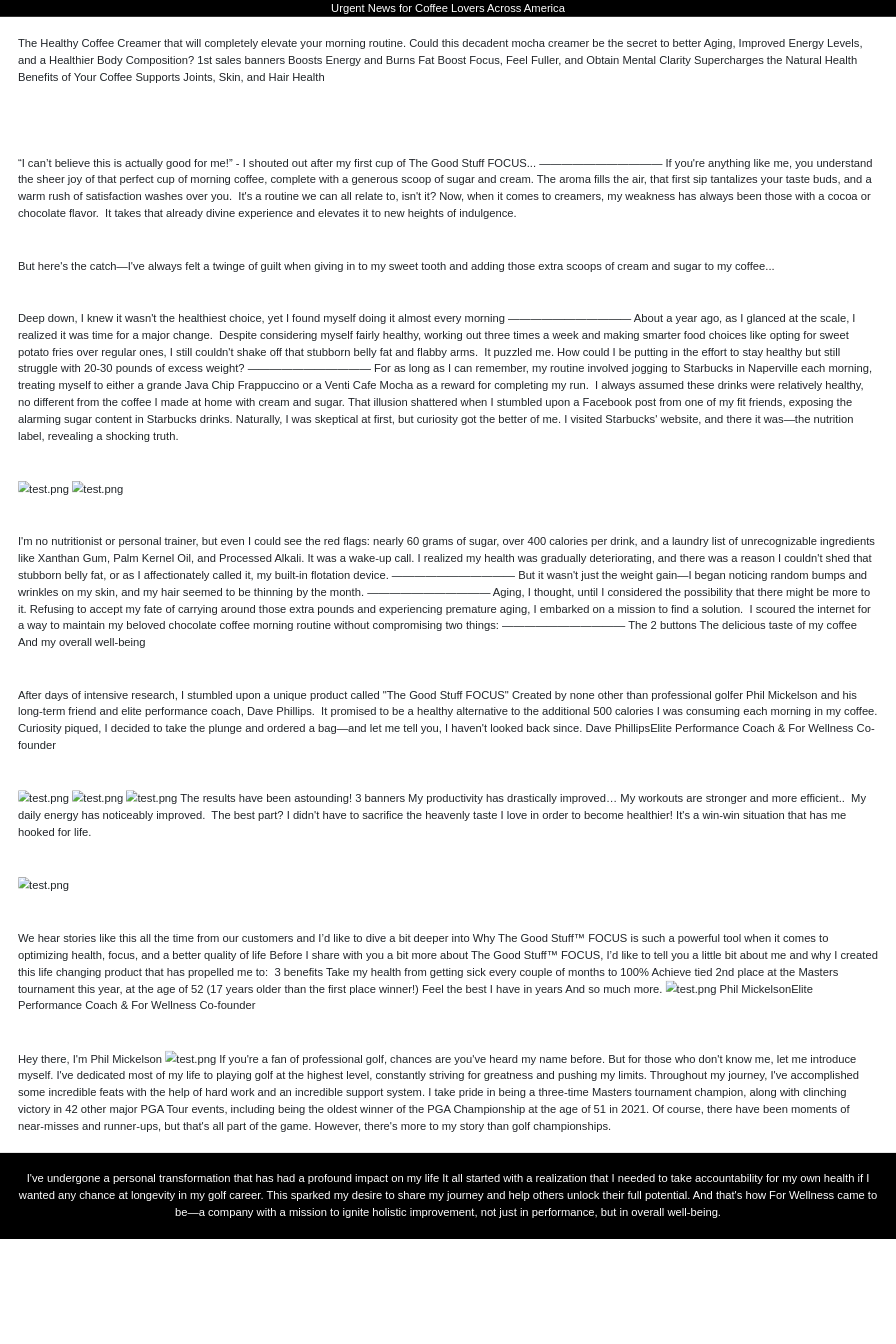
Repository: dariusprince90/wellness-landing
Page: index.html
The author's editor kept a copy of each file at every save. The page is drawn from the files as they stood at one save, then again after a run of saves.
The browser window is 1280 px wide. The pictures show the part of the page from y = 0 to 1920 px (the page is 3055 px tall before and 3106 px after), at 70% of full size.

Above is the page before, as saved 2023-07-25 15:53:56.

After the next 2 saves:
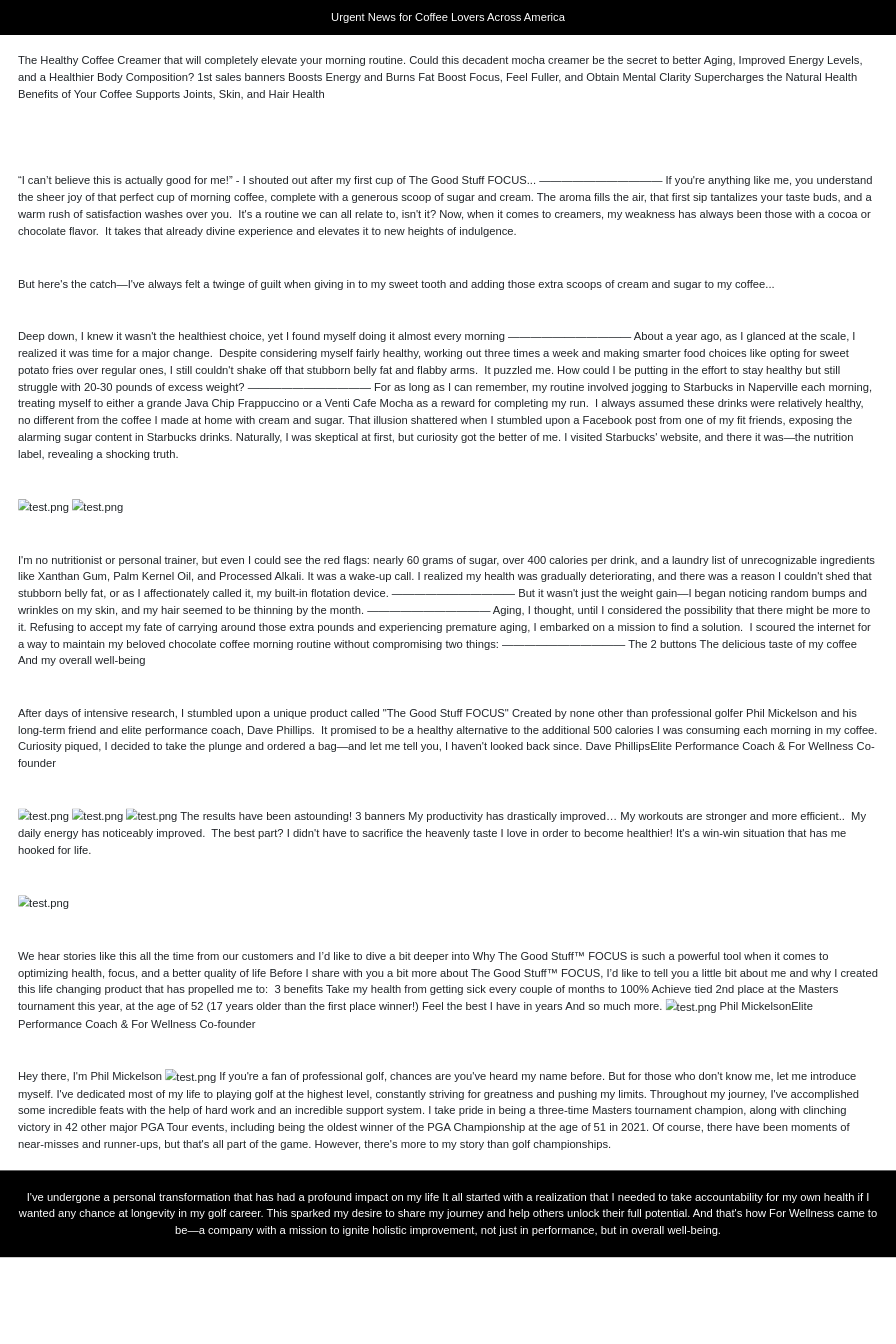
The 2 saves are shown as one change because they came seconds apart.
The last was saved 2 min 42 s later.
--- a/css/styles.css
+++ b/css/styles.css
@@ -8,6 +8,10 @@
     background-color: #000000;
     color: #ffffff;
     text-align: center;
+}
+
+footer, header {
+    padding: 1vw;
 }
 
 footer {
